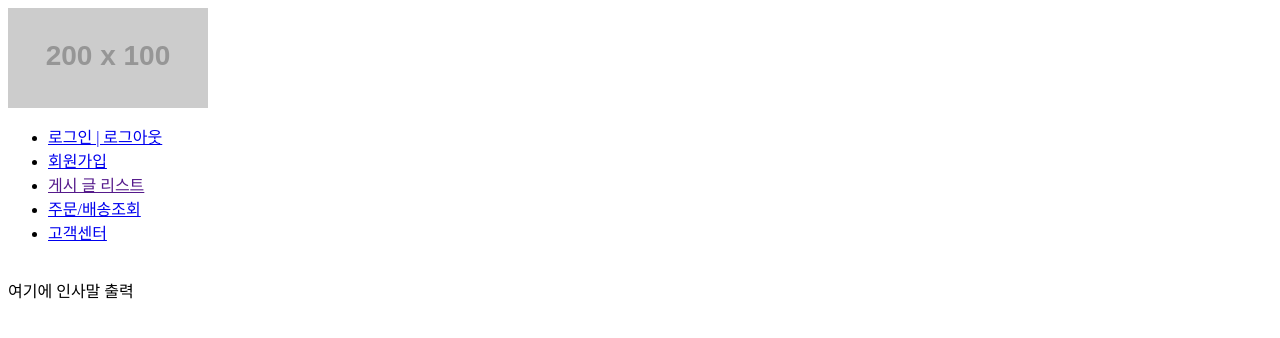
Repository: lopanghub/git_study
Page: http://localhost/JSPClassCh08/pages/header.jsp
The author's editor kept a copy of each file at every save. The page is drawn from the files as they stood at one save, then again after the next save.
The browser window is 1280 px wide. The pictures show the whole page.
The page is served by Tomcat 9. Other server files are loaded and not shown.

Above is the page before, as saved 2024-04-16 02:09:24.

### JSPStudy/JSPClassCh08/src/main/webapp/pages/header.jsp
<%@ page language="java" contentType="text/html; charset=UTF-8"
    pageEncoding="UTF-8"%>
<%@ taglib prefix="c" uri="http://java.sun.com/jsp/jstl/core" %>
<!-- header  -->
<div class="row border-bottom border-primary">
	<div class="col-4">
		<p><img src="https://via.placeholder.com/200x100"></p>
	</div>
	<div class="col-8">
		<div class="row mt1">
			<div class="col">
				<ul class="nav justify-content-end">
					<li class="nav-item">
						<a class="nav-link"
						href="${sessionScope.isLogin ? "logout.jsp" : "loginForm.jsp"}">
						로그인 | 로그아웃
						</a>

					</li>
					<li class="nav-item">
						<c:if test="${not sessionScope.isLogin }">
						<a class="nav-link" href="#">회원가입</a>
						</c:if>
						<c:if test="${sessionScope.isLogin }">
						<a class="nav-link" href="#">정보수정</a>
						</c:if>
					</li>
					<li class="nav-item">
						<a class="nav-link" href="">게시 글 리스트</a>
					</li>
					<li class="nav-item">
						<a class="nav-link" href="#">주문/배송조회</a>
					</li>
					<li class="nav-item">
						<a class="nav-link" href="#">고객센터</a>
					</li>
				</ul>
			</div>
		</div>
		<div class="row">
			<div class="col text-end">&nbsp;</div>
		</div>
		<div class="row">
			<div class="col pe-5 text-end text-primary">
				여기에 인사말 출력
			</div>
		</div>
	</div>
</div>

After the next save:
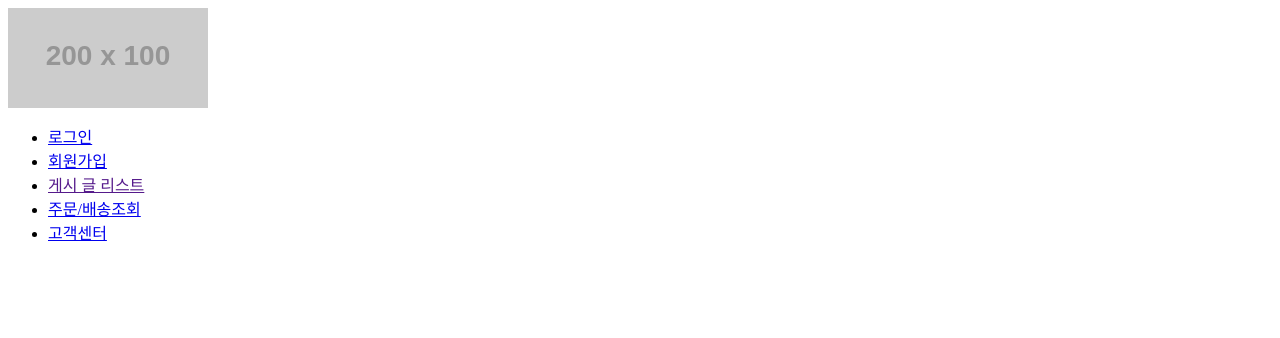
Saved 2 min 55 s later.
--- a/JSPStudy/JSPClassCh08/src/main/webapp/pages/header.jsp
+++ b/JSPStudy/JSPClassCh08/src/main/webapp/pages/header.jsp
@@ -13,7 +13,7 @@
 					<li class="nav-item">
 						<a class="nav-link"
 						href="${sessionScope.isLogin ? "logout.jsp" : "loginForm.jsp"}">
-						로그인 | 로그아웃
+						${sessionScope.isLogin ? "로그아웃" : "로그인"}
 						</a>
 
 					</li>
@@ -42,7 +42,9 @@
 		</div>
 		<div class="row">
 			<div class="col pe-5 text-end text-primary">
-				여기에 인사말 출력
+				<c:if test="${sessionScope.isLogin }">
+					<span>안녕하세요 ${sessionScope.id }님</span>
+				</c:if>
 			</div>
 		</div>
 	</div>
